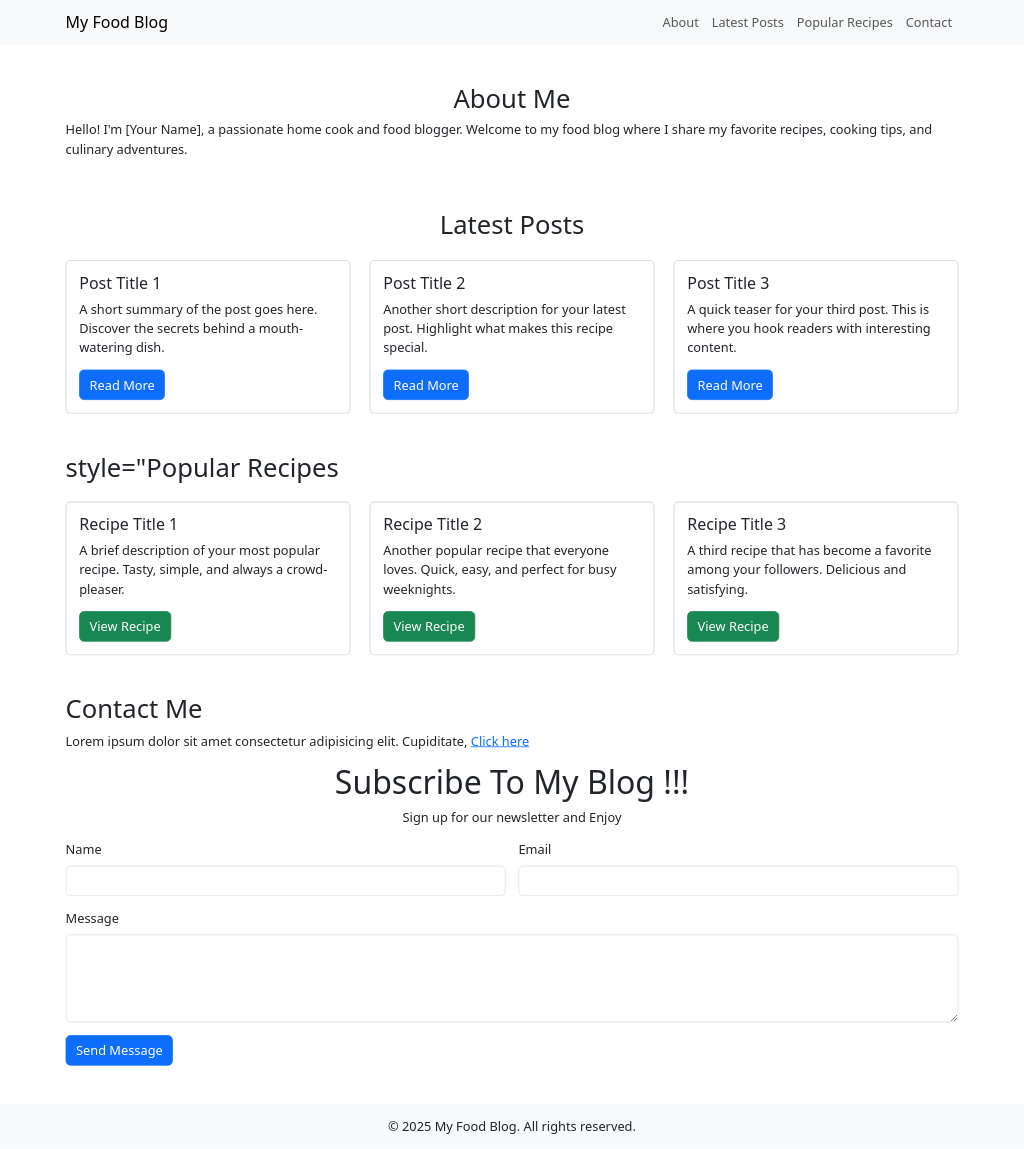
Repository: arunyerram/Web-TEChnologies
Page: 15.03.2025.html
The author's editor kept a copy of each file at every save. The page is drawn from the files as they stood at one save, then again after the next save.
The browser window is 1280 px wide. The pictures show the whole page, at 80% of full size.

Above is the page before, as saved 2025-03-19 11:29:48.

After the next save:
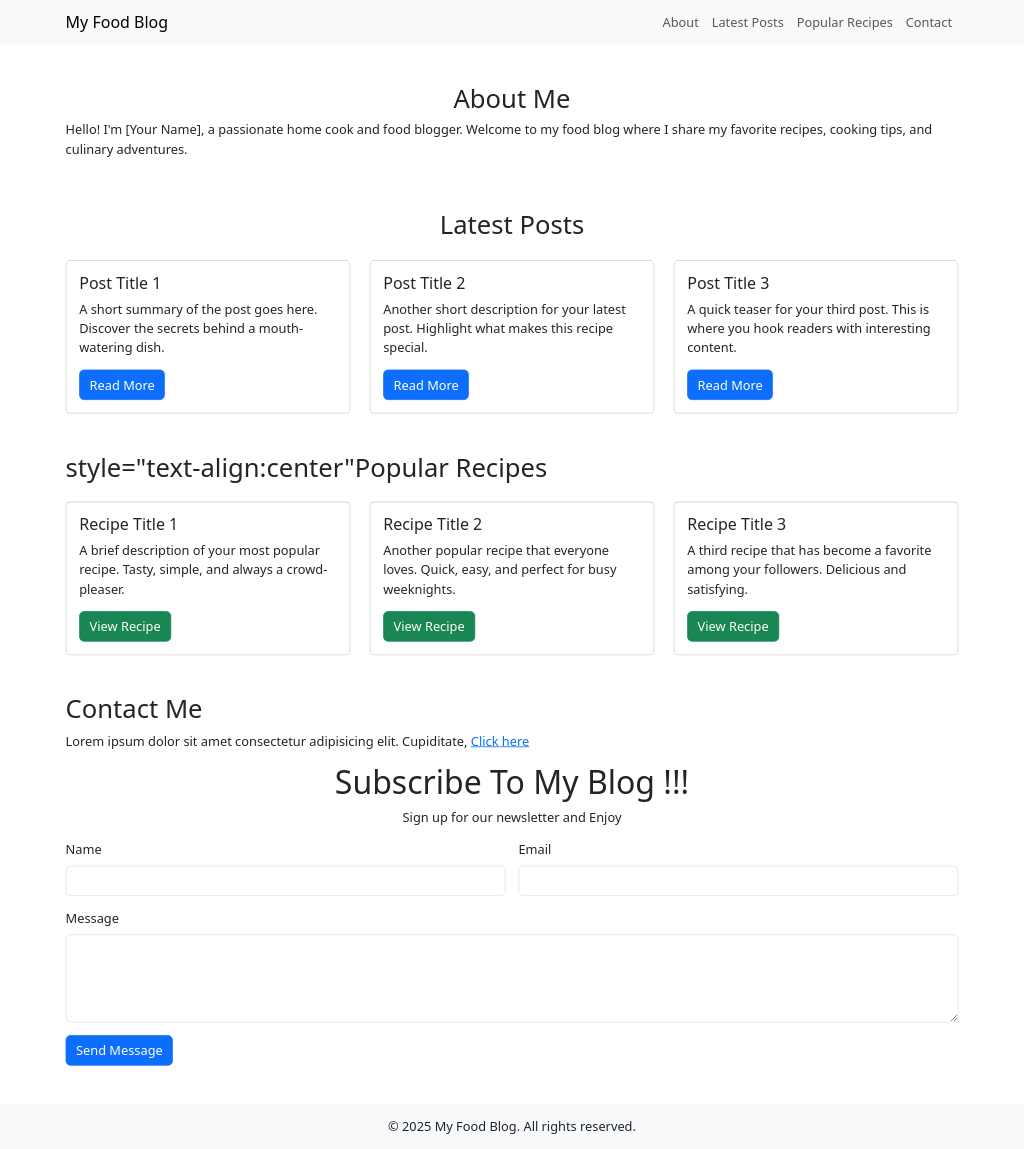
Saved 5 s later.
--- a/15.03.2025.html
+++ b/15.03.2025.html
@@ -129,7 +129,7 @@
 
     <!-- Popular Recipes -->
     <section id="popular-recipes" class="mb-5">
-      <h2 class="mb-4"> style="Popular Recipes</h2>
+      <h2 class="mb-4"> style="text-align:center"Popular Recipes</h2>
       <div class="row row-cols-1 row-cols-md-3 g-4">
         <!-- Recipe Card 1 -->
         <div class="col">
